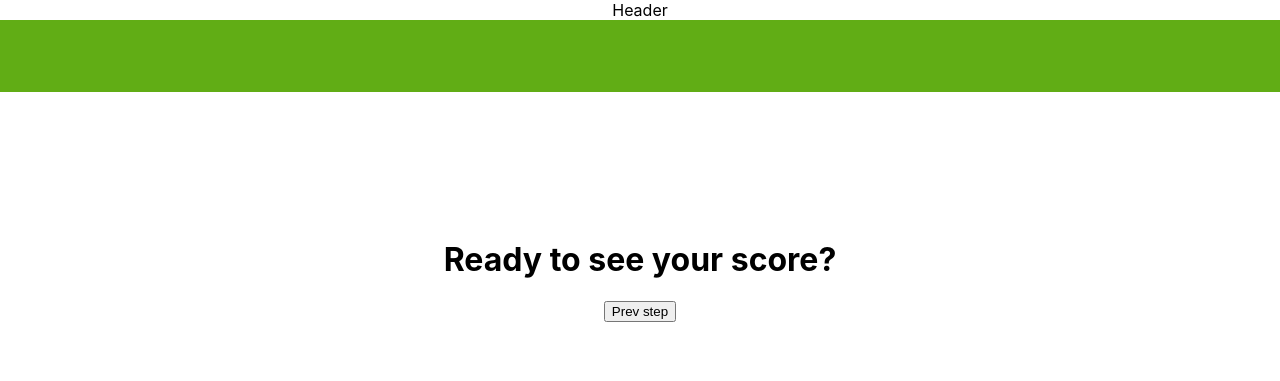
Repository: andbilous/task-survey
Page: /score
The author's editor kept a copy of each file at every save. The page is drawn from the files as they stood at one save, then again after a run of saves.
The browser window is 1280 px wide. The pictures show the whole page.
The project was rebuilt for these pictures with package versions that can differ from the ones it lists, and the page was loaded fresh each time. Also part of the build but not shown: src/redux/survey/actions.js, src/pages/EmploymentStatus.jsx, src/pages/FillingStatus.jsx, src/pages/Proprietorships.jsx.

Above is the page before, as saved 2020-06-17 23:45:50.

After the next 5 saves:
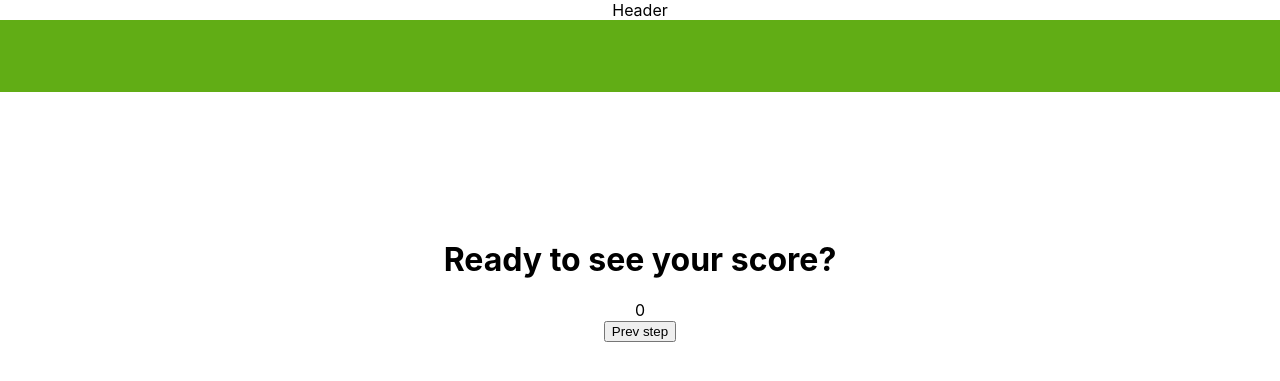
The 5 saves are shown as one change because they came seconds apart.
The last was saved 13 s later.
--- a/src/pages/Score.jsx
+++ b/src/pages/Score.jsx
@@ -15,6 +15,7 @@ const ScorePage = ({count}) => {
   return (
     <div style={{ backgroundColor: "#fff", marginTop: "15rem" }}>
       <h1>Ready to see your score?</h1>
+  <div>{count}</div>
       <Footer
       navigatePrevPage={navigatePrevPage}
       />
